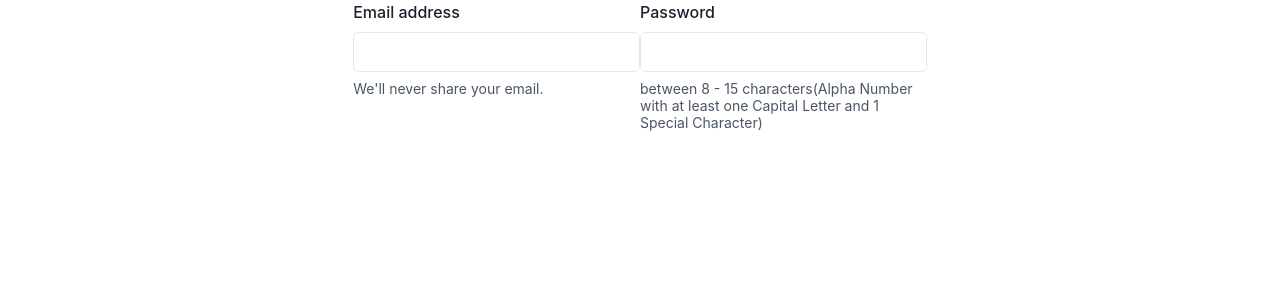
Repository: NeeleshRoy/synechron
Page: /
The author's editor kept a copy of each file at every save. The page is drawn from the files as they stood at one save, then again after the next save.
The browser window is 1280 px wide. The pictures show the whole page.
The project was rebuilt for these pictures with package versions that can differ from the ones it lists, and the page was loaded fresh each time.

Above is the page before, as saved 2023-02-04 16:20:47.

### src/index.js
import React from 'react';
import ReactDOM from 'react-dom/client';
import App from './App';

import { ChakraProvider } from '@chakra-ui/react'

const root = ReactDOM.createRoot(document.getElementById('root'));
root.render(
  <React.StrictMode>
      <ChakraProvider>
        <App />
      </ChakraProvider>
  </React.StrictMode>
);

### src/App.js
import Home from './components/Home';
import { Container } from '@chakra-ui/react';

function App() {
  return (
    <Container>
        <Home />
    </Container>
  );
}

export default App;

### src/components/Home.jsx
import React from 'react';
import {
  FormControl,
  FormLabel,
  Input,
  FormHelperText,
  Flex
} from '@chakra-ui/react';

const Home = () => {
  return (
    <div>
      <Flex>
          <FormControl>
            <FormLabel>Email address</FormLabel>
            <Input type="email" />
            <FormHelperText>We'll never share your email.</FormHelperText>
          </FormControl>

          <FormControl>
            <FormLabel>Password</FormLabel>
            <Input type="password" />
            <FormHelperText>between 8 - 15 characters(Alpha Number with at least one Capital Letter and 1 Special Character)</FormHelperText>
          </FormControl>
      </Flex>
    </div>
  );
};

export default Home;

Loaded but not shown: public/index.html (common file)

After the next save:
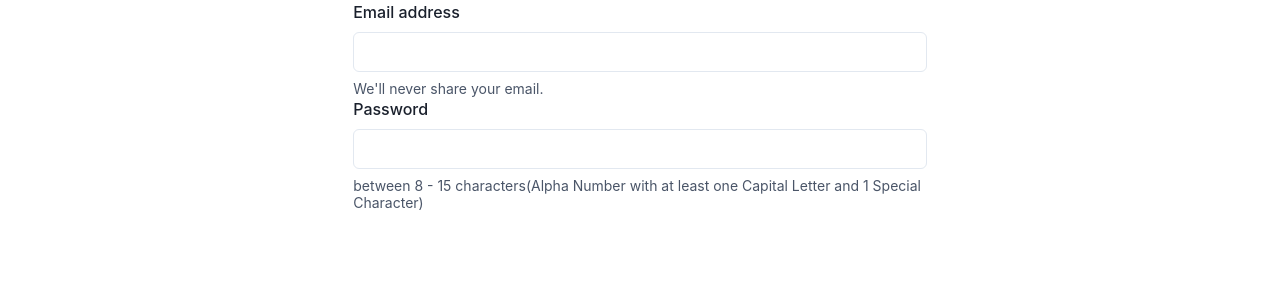
Saved 43 s later.
--- a/src/components/Home.jsx
+++ b/src/components/Home.jsx
@@ -4,13 +4,11 @@ import {
   FormLabel,
   Input,
   FormHelperText,
-  Flex
 } from '@chakra-ui/react';
 
 const Home = () => {
   return (
     <div>
-      <Flex>
           <FormControl>
             <FormLabel>Email address</FormLabel>
             <Input type="email" />
@@ -22,7 +20,6 @@ const Home = () => {
             <Input type="password" />
             <FormHelperText>between 8 - 15 characters(Alpha Number with at least one Capital Letter and 1 Special Character)</FormHelperText>
           </FormControl>
-      </Flex>
     </div>
   );
 };
